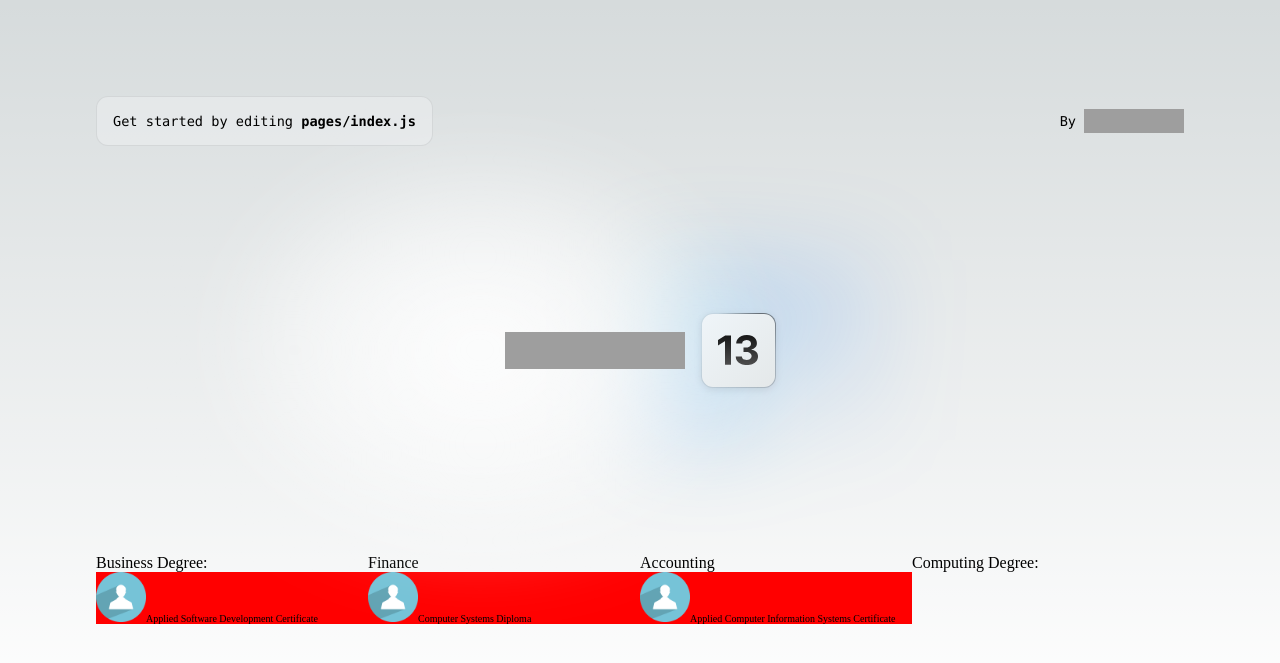
Repository: KushalK04/week3
Page: /
The author's editor kept a copy of each file at every save. The page is drawn from the files as they stood at one save, then again after the next save.
The browser window is 1280 px wide. The pictures show the whole page.
Pictures or frames that could not be fetched are drawn as grey boxes. The project was rebuilt for these pictures with package versions that can differ from the ones it lists, and the page was loaded fresh each time. The framework's server and built-in components were replaced by stand-ins that run in the browser. Also part of the build but not shown: next.config.js.

Above is the page before, as saved 2023-01-16 15:27:21.

### pages/index.js
import Head from 'next/head'
import Image from 'next/image'
import { Inter } from '@next/font/google'
import styles from '../styles/Home.module.css'
import data from '../data/education.json'
import { useState } from 'react'
import Card from '../components/Card'
import Link from 'next/link'

const inter = Inter({ subsets: ['latin'] })

export default function Home() {

  console.log(data);
  const [information, setInformation] = useState([...data])

  return (
    <>
      <Head>
        <title>Create Next App</title>
        <meta name="description" content="Generated by create next app" />
        <meta name="viewport" content="width=device-width, initial-scale=1" />
        <link rel="icon" href="/favicon.ico" />
      </Head>
      <main className={styles.main}>
        <div className={styles.description}>
          <p>
            Get started by editing&nbsp;
            <code className={styles.code}>pages/index.js</code>
          </p>
          <div>
            <a
              href="https://vercel.com?utm_source=create-next-app&utm_medium=default-template&utm_campaign=create-next-app"
              target="_blank"
              rel="noopener noreferrer"
            >
              By{' '}
              <Image
                src="/vercel.svg"
                alt="Vercel Logo"
                className={styles.vercelLogo}
                width={100}
                height={24}
                priority
              />
            </a>
          </div>
        </div>

        <div className={styles.center}>
          <Image
            className={styles.logo}
            src="/next.svg"
            alt="Next.js Logo"
            width={180}
            height={37}
            priority
          />
          <div className={styles.thirteen}>
            <Image
              src="/thirteen.svg"
              alt="13"
              width={40}
              height={31}
              priority
            />
          </div>
        </div>

        <div className={styles.grid}>
          <div>Business Degree:</div>
          {
            information && information.map((info, index) => {
              if(info.department === "Business") {

                return(
                  <div key={index}>{info.degree}</div>
                )

              }

            })
          }
          <div>Computing Degree:</div>
          {
            information && information.map((info, index) => {
              if(info.department === "Computing") {

                return(
                  <Card key={index} degree={info.degree} colour="red" font="10px"/>
                )

              }

            })
          }
        </div>
      </main>
    </>
  )
}

### data/education.json
[
        {
            "studentNumber": "A0004567",
            "firstName": "Person 1",
            "gpa": 3.8,
            "department": "Business",
            "degree": "Finance",
            "graduted": 2014
        },
        {
            "studentNumber": "A0001234",
            "firstName": "Person 2",
            "gpa": 3.5,
            "department": "Business",
            "degree": "Accounting",
            "graduted": 2010
        },
        {
            "studentNumber": "A0007890",
            "firstName": "Person 3",
            "gpa": 3.2,
            "department": "Computing",
            "degree": "Applied Software Development Certificate",
            "graduted": 2018
        },
        {
            "studentNumber": "A0007828",
            "firstName": "Person 4",
            "gpa": 3.9,
            "department": "Computing",
            "degree": "Computer Systems Diploma",
            "graduted": 2021
        },
        {
            "studentNumber": "A0003425",
            "firstName": "Person 5",
            "gpa": 3.2,
            "department": "Computing",
            "degree": "Applied Computer Information Systems Certificate",
            "graduted": 2021
        }
]

### components/Card/index.js
export default function Card({
    degree = "none",
    colour = "purple",
    font = 0,
    image = 'icon/personTwo.png'
}) {
    return(
        <div style={{backgroundColor: colour, fontSize: font}}>
            {
                colour === "red" ? <img src={'icon/person.png'} width="50"/> :
                colour === "blue" ? <img src={'icon/personThree.png'} width="50"/> :
                                    <img src={image} width="50"/>
            }
            {degree}
        </div>
    )
}

Loaded but not shown: pages/_app.js (common file); pages/_document.js (common file); styles/globals.css (common file); styles/Home.module.css (common file)

After the next save:
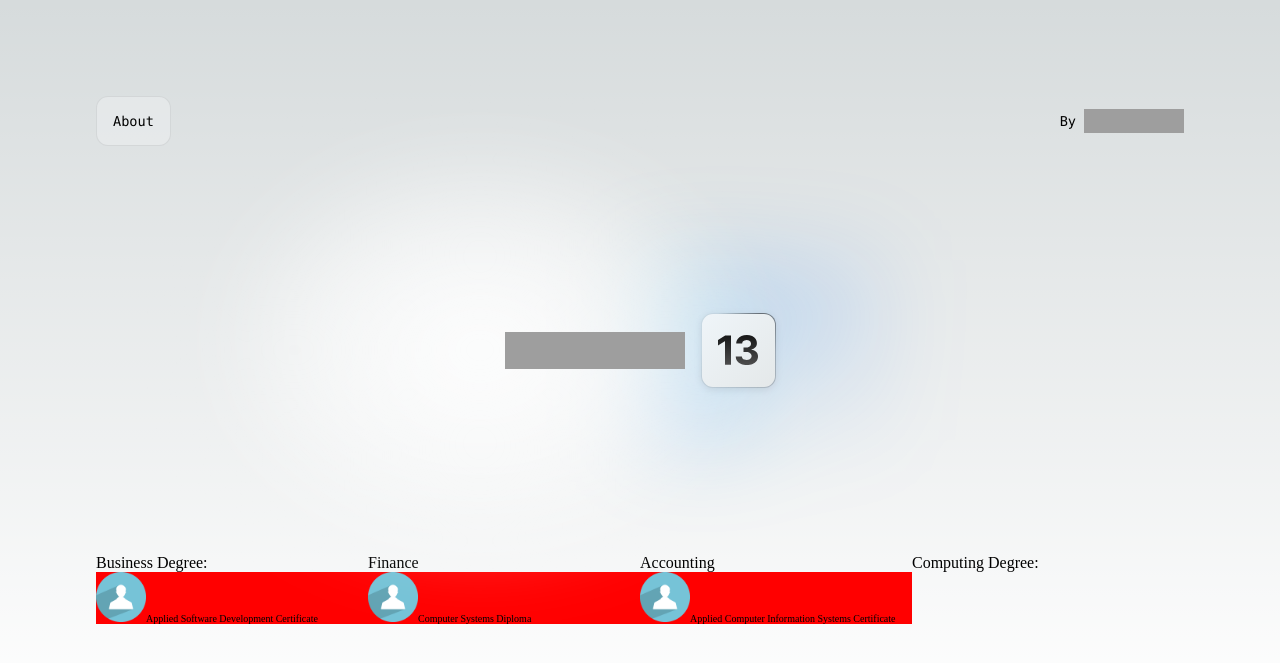
Saved 37 s later.
--- a/pages/index.js
+++ b/pages/index.js
@@ -25,8 +25,7 @@ export default function Home() {
       <main className={styles.main}>
         <div className={styles.description}>
           <p>
-            Get started by editing&nbsp;
-            <code className={styles.code}>pages/index.js</code>
+            <Link href="about">About</Link>
           </p>
           <div>
             <a
